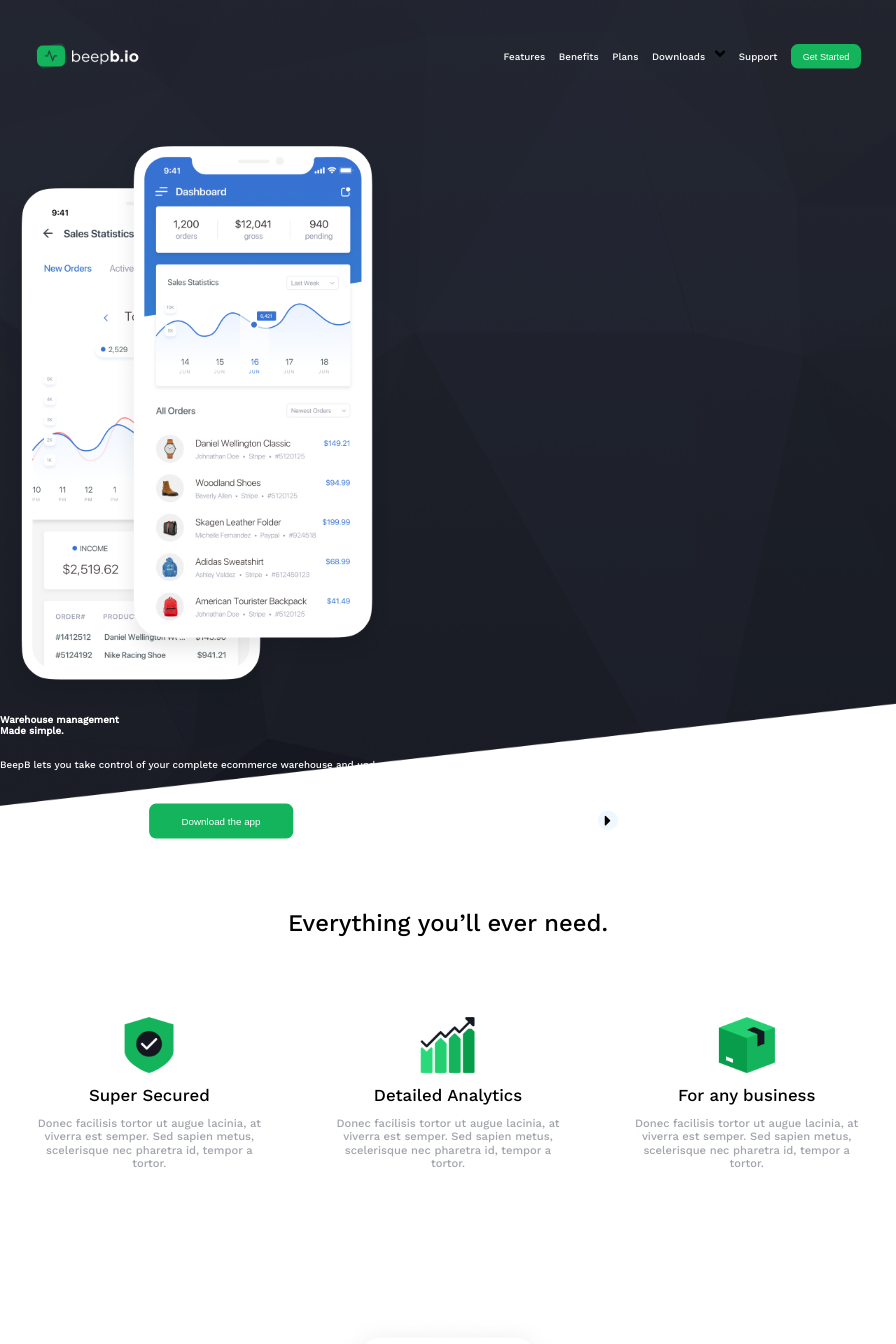
Repository: thinhnguyen347/thinhnguyen347.github.io
Page: cut-html-css/index.html
An editor plug-in stored every save of this project. The page is shown before and after a run of saves, followed by the edit.
The browser window is 1280 px wide. The pictures show the part of the page from y = 0 to 1920 px (the page is 4906 px tall), at 70% of full size.

Above is the page before, as saved 2021-11-10 19:29:44.

After the next 3 saves:
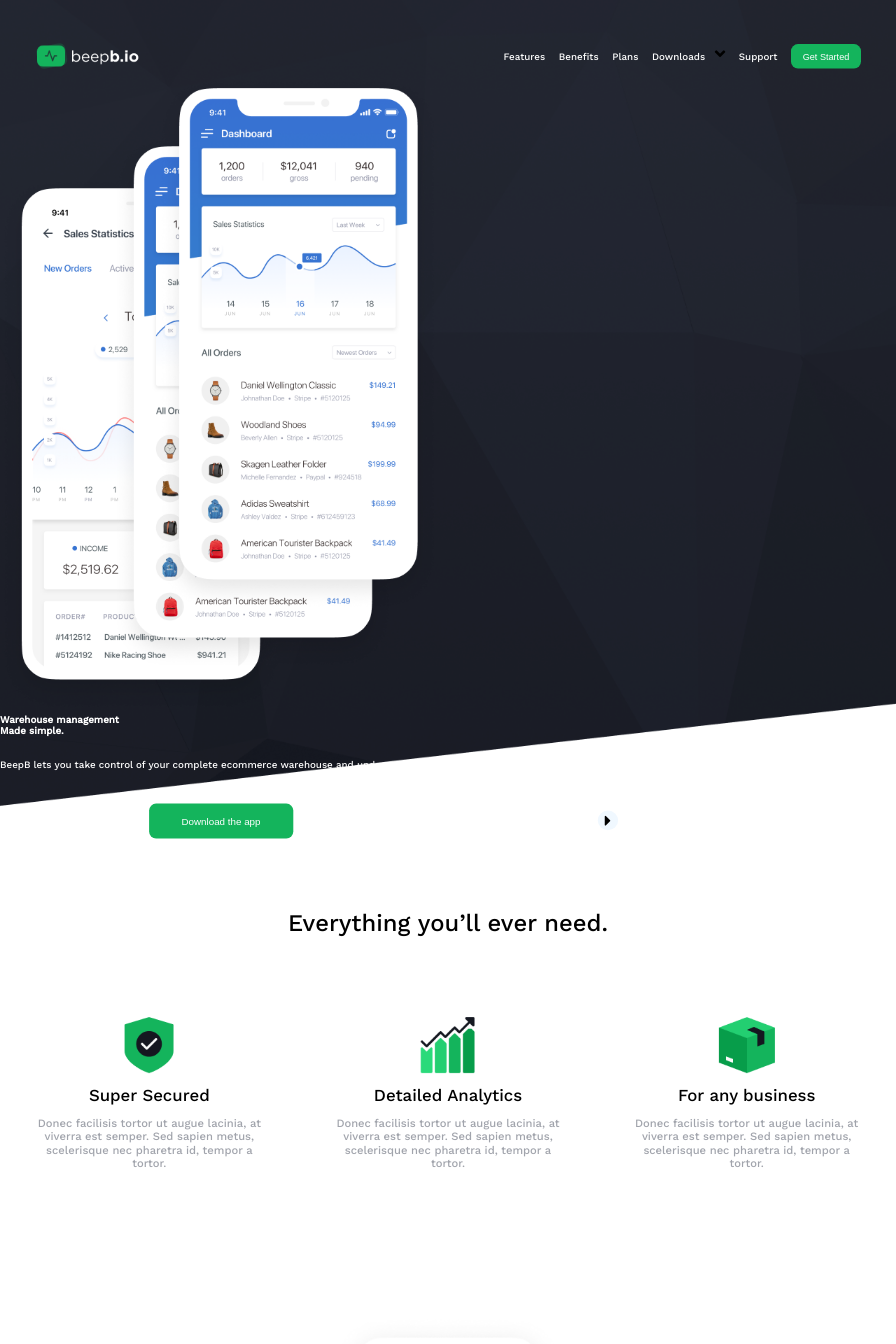
The 3 saves are shown as one change because they came seconds apart.
The last was saved 10 s later.
--- a/cut-html-css/css/style.css
+++ b/cut-html-css/css/style.css
@@ -158,8 +158,7 @@ li.menuitem:hover .drop-down {
 .iphone-x2 {
   position: absolute;
   top: -10%;
-  left: 50%;
-  display:none;
+  left: 40%;
 }
 
 .download {
